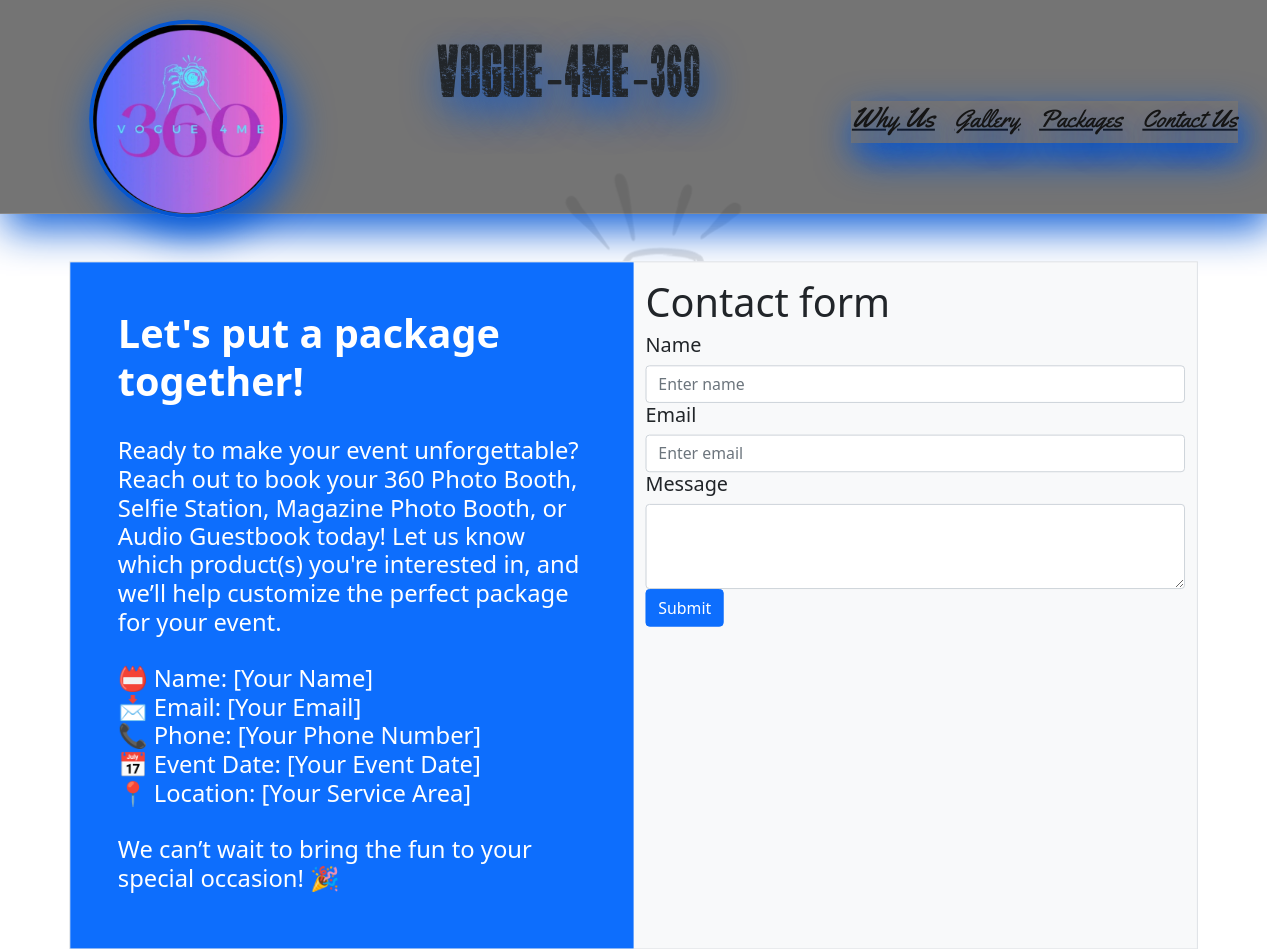
Repository: ErvinClay13/Vogue360-website
Page: contactUs.html
An editor plug-in stored every save of this project. The page is shown before and after the next save, followed by the edit.
The browser window is 1280 px wide. The pictures show the whole page, at 99% of full size.
Backgrounds fixed to the window are drawn as part of the page.

Above is the page before, as saved 2025-03-06 04:08:29.
Console error: ReferenceError: emailjs is not defined

After the next save:
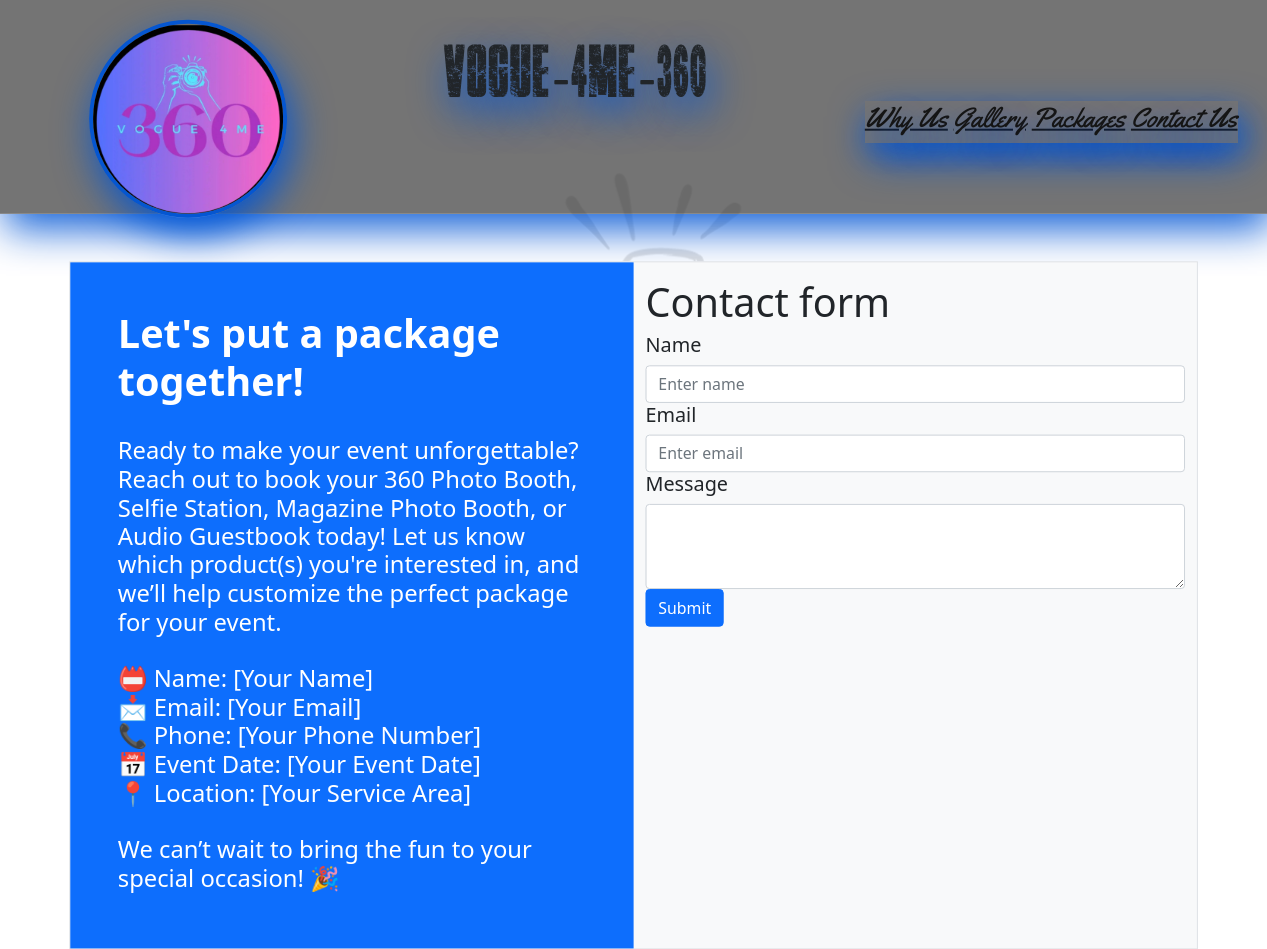
Saved 9 s later.
--- a/contactUs.html
+++ b/contactUs.html
@@ -169,7 +169,7 @@
         </div>
 
         <nav class="link-pages" id="link_pages">
-          <h3><a href="why-us.html">Why Us</a></h3>
+          <h3><a href="why-us.html">Why Us</a>
           <a href="gallery.html">Gallery</a>
           <a href="packages.html">Packages</a>
           <a href="contactUs.html">Contact Us</a>
